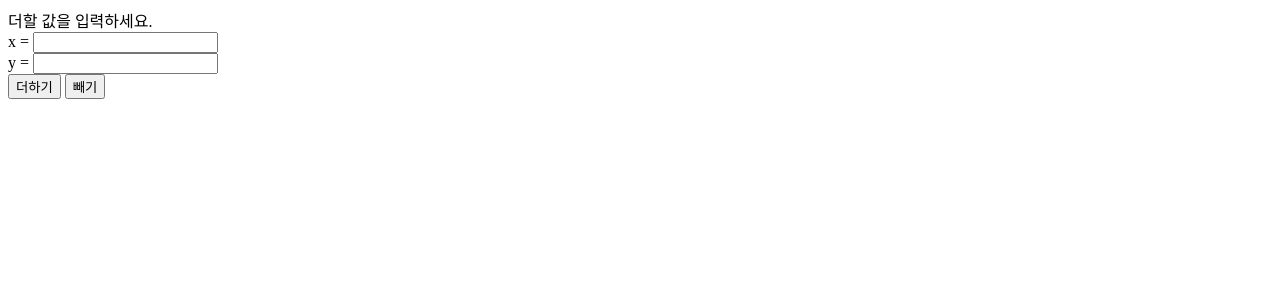
Repository: jocod98/servlet-jsp
Page: JSPPrj/src/main/webapps/calc2.html
The author's editor kept a copy of each file at every save. The page is drawn from the files as they stood at one save, then again after the next save.
The browser window is 1280 px wide. The pictures show the whole page.

Above is the page before, as saved 2023-01-10 06:48:38.

After the next save:
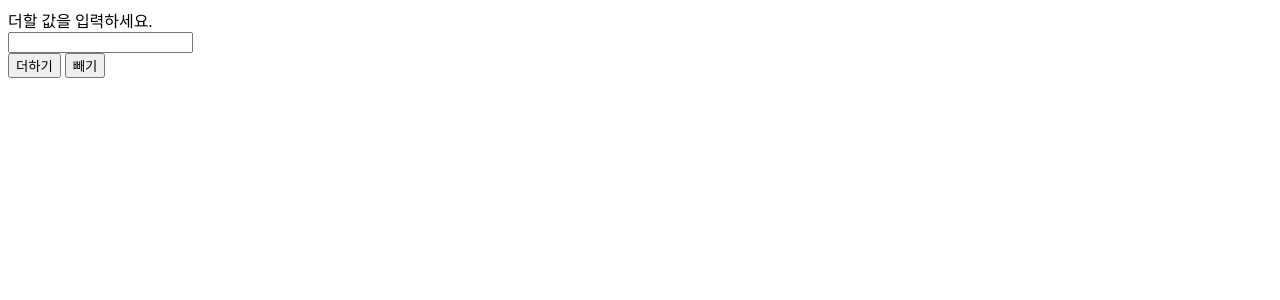
Saved 27 s later.
--- a/JSPPrj/src/main/webapps/calc2.html
+++ b/JSPPrj/src/main/webapps/calc2.html
@@ -11,10 +11,7 @@
 	<label>더할 값을 입력하세요.</label>
 	</div>
 	<div>
-		<label>x = </label><input type ="text" name = "x" />
-	</div>
-	<div>
-		<label>y  = </label><input type ="text" name = "y" />
+		<input type ="text" name = "v" />
 	</div>
 	<div>
 		<input type = "submit" name = "operator" value ="더하기" />
